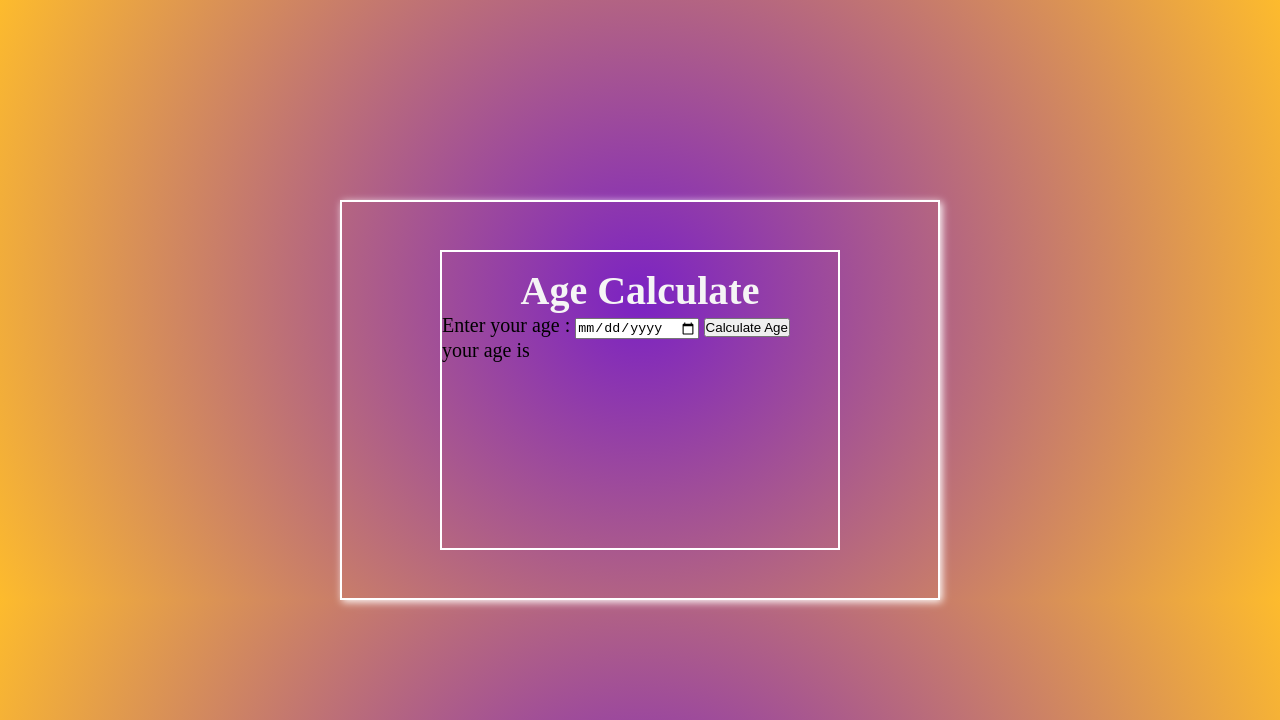
Repository: sristigupta04/basic-js-project
Page: age calculator/age.html
These files come from the project's save history. The page is drawn as it stood at one moment and after the next save; the edit follows.
The browser window is 1280 px wide. The pictures show the whole page.

Above is the page before, as saved 2025-11-07 15:12:22.

### age calculator/age.html
<!DOCTYPE html>
<html lang="en">
<head>
    <meta charset="UTF-8">
    <meta name="viewport" content="width=device-width, initial-scale=1.0">
    <title>Document</title>
    <link rel="stylesheet" href="age.css"/>
</head>
<body>
    <div class="main">
    <div class="age">
    <h1>Age Calculate</h1>
    <label for="eventDate">Enter  your age :</label>
<input type="date" id="eventDate" name="eventDate">
<button>Calculate Age</button>
<p id="realage">your age is </p></div></div>
</body>
</html>

### age calculator/age.css
*{
    padding: 0;
    margin: 0;
    box-sizing: border-box;
}
body{
    display: flex;
    justify-content: center;
    align-items: center;
   background: #7b22c3;
background: radial-gradient(circle, rgba(123, 34, 195, 1) 0%, rgba(253, 187, 45, 1) 100%);
}

.main{
     display: flex;
    justify-content: center;
    align-items: center;
    border:2px solid white;
    height: 400px;
    width: 600px;
    box-shadow: 2px 2px 8px white;
    font-size: 20px;
     margin-top: 200px;

}
.age{

    border:2px solid white;
    height:300px;
    width:400px;
}
.age h1{
     display: flex;
    justify-content: center;
    align-items: center;
    margin-top: 15px;
    color:whitesmoke;
    font-size: 200;
    ;
}

After the next save:
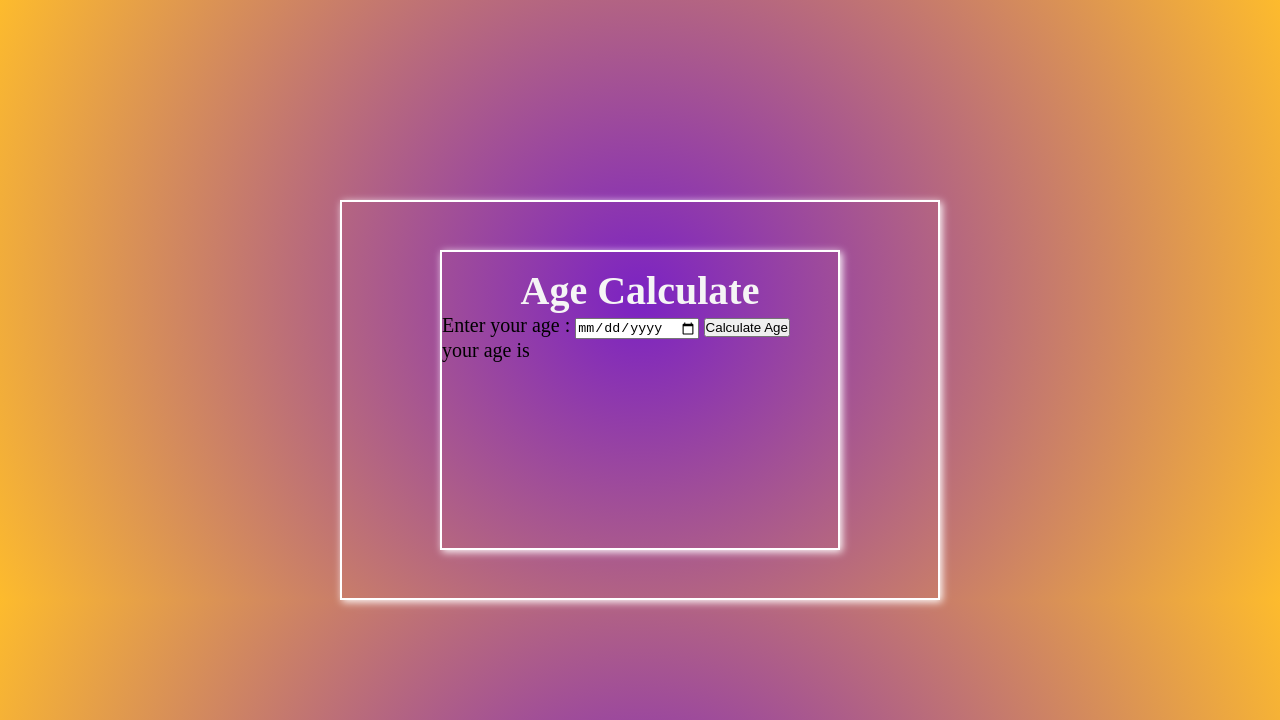
Saved 10 s later.
--- a/age calculator/age.css
+++ b/age calculator/age.css
@@ -24,7 +24,7 @@
 
 }
 .age{
-
+     box-shadow: 2px 2px 8px white;
     border:2px solid white;
     height:300px;
     width:400px;
